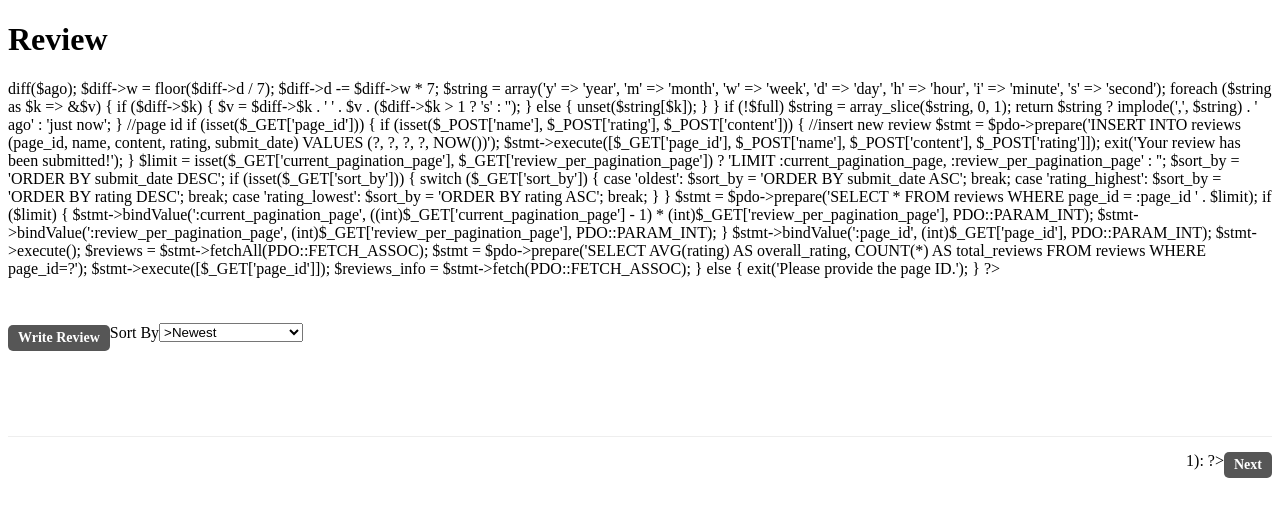
Repository: chathura226/SeekWork_Group_Project_I
Page: ratingsystem/index.html
An editor plug-in stored every save of this project. The page is shown before and after the next save, followed by the edit.
The browser window is 1280 px wide. The pictures show the whole page.

Above is the page before, as saved 2023-12-22 18:50:36.
Console error: TypeError: Cannot set properties of null (setting 'onsubmit')

### ratingsystem/index.html
<!DOCTYPE html>
<html>
    <head>
        <title>Reviews System</title>
        <link rel="stylesheet" type="text/css" href="style.css">
        <link rel="stylesheet" type="text/css" href="reviews.css">

    </head>
    <body>

        <h1>Review</h1>

        <div class="content home">
            <div class="reviews"></div>
            <script src="reviews.js"></script>

            <script>
                new Reviews(
                    {
                        page_id:1,
                        reviews_per_pagination_page:5,
                        current_pagination_page:1
                    }
                );
            </script>
        </div>
    </body>

</html>

### ratingsystem/reviews.css
.reviews .overall_rating .num{
    font-size: 30px;
    font-weight: bold;
    color: #F5A624;
}

.reviews .overall_rating .stars{
    letter-spacing:3px;
    font-size: 32px;
    padding: 0 5px 0 10px;
    color: #F5A624;
}

.reviews .overall_rating .total{
    color:#777777;
    font-size: 14px;
}

.reviews .write_review_btn, .reviews .write_review button{
    display: inline-flex;
    background-color: #565656;
    color: #fff;
    text-decoration: none;
    margin: 10px 0 0 0;
    padding: 5px 10px;
    border-radius: 5px;
    font-size: 14px;
    font-weight: 600;
    border: 0;

}

.reviews .write_review_btn:hover, .reviews .write_review button:hover{
    background-color:#636363;
}

.reviews .con{
    display: flex;
    align-items: center;
}

.reviews .con lable{
    font-weight: 600;
    padding: 0 10px;
    font-size: 14px;
}

.reviews .con .sort_y{
    padding: 5px;
    border:1px solid #eee;
    border-radius: 5px;
}

.reviews .write_review{
    display: none;
    padding: 20px 0 10px 0;
}

.reviews .write_review textarea{
    width: 100%;
    padding: 10px;
    border-radius:5px;
    border: 1px solid #ddd;
    height: 150px;
    margin-top: 10px;
}

.reviews .write_review input{
    display: block;
    width:250px;
    padding: 10px;
    border:1px solid #ddd;
    border-radius: 5px;
    margin-top: 10px;
}


.reviews .write_review button{
    cursor: pointer;
}

.reviews .review{
    padding: 20px 0;
    border-bottom: 1px solid #eee;
}

.reviews .review .name{
    padding: 0 0 3px 0;
    margin: 0;
    font-size: 18px;
    color: #5555;
}

.reviews .review .rating{
    letter-spacing: 2px;
    font-size: 22px;
    color:#F5A624;
}

.reviews .review .date{
    color: #777777;
    font-size: 14px;
}

.reviews .review .content{
    padding: 5px 0;
}

.reviews .pagination{
    display: flex;
    justify-content: flex-end;
    padding: 15px 0;
}

.reviews .pagination a{
    display: inline-block;
    text-decoration: none;
    background-color:#565656;
    font-weight: 600;
    color: #FFFFFF;
    padding: 5px 10px;
    border-radius: 5px;
    font-size: 14px;
}

.review .pagination a:hover{
    background-color:#636363;
}

.review .pagination div{
    display: inline-block;
    font-size: 14px;
    color: #777777;
    font-weight: bold;
    padding: 5px 10px;
}

### ratingsystem/reviews.js
class Reviews {
    constructor(options) {
        let defaults = {
            page_id: 1,
            container: document.querySelector(".reviews"),
            php_file_url: "reviews.php",
        };

        this.options = Object.assign(defaults, options);
        this.fetchReviews();
    }

    fetchReviews() {
        let url = `${this.phpFileUrl}?page_id=${this.page_ID}`;
        url += "current_pagination_page" in this.options ? `&current_pagination_page=${this.currentPaginationPage}` : "";
        url += "reviews_per_pagination_page" in this.options ? `&reviews_per_pagination_page=${this.reviewsPerPaginationPage}` : "";
        url += "sort_by" in this.options ? `&sort_by=${this.sortBy}` : "";

        fetch(url)
            .then((response) => response.text())
            .then((data) => {
                this.container.innerHTML = data;
                this._eventHandlers();
            });
    }

    get reviewsPerPaginationPage() {
        return this.options.reviews_per_pagination_page;
    }

    set reviewsPerPaginationPage(value) {
        this.options.reviews_per_pagination_page = value;
    }

    get currentPaginationPage() {
        return this.options.current_pagination_page;
    }

    set currentPaginationPage(value) {
        this.options.current_pagination_page = value;
    }

    get page_ID() {
        return this.options.page_id;
    }

    set page_ID(value) {
        this.options.page_id = value;
    }

    get phpFileUrl() {
        return this.options.php_file_url;
    }

    set phpFileUrl(value) {
        this.options.php_file_url = value;
    }

    get container() {
        return this.options.container;
    }

    set container(value) {
        this.options.container = value;
    }

    get sortBy() {
        return this.options.sort_by;
    }

    set sortBy(value) {
        this.options.sort_by = value;
    }

    _eventHandlers() {
        this.container.querySelector(".write_review_btn").onclick = (event) => {
            event.preventDefault();
            this.container.querySelector(".write_review").style.display = 'block';
            this.container.querySelector(".write_review input[name='name']").focus();
        };

        this.container.querySelector(".write_review form").onsubmit = (event) => {
            event.preventDefault();
            fetch(`${this.phpFileUrl}?page_id=${this.page_ID}`, {
                method: 'POST',
                body: new FormData(this.container.querySelector(".write_review form")),
            })
                .then((response) => response.text())
                .then((data) => {
                    this.container.querySelector(".write_review").innerHTML = data;
                });

            this.container.querySelector(".sort_by").onchange = (event) => {
                this.sortBy = event.value;
                this.fetchReviews();
            };

            if (this.reviewsPerPaginationPage && this.currentPaginationPage) {
                this.container.querySelectorAll(".pagination a").forEach((a) => {
                    a.onclick = (event) => {
                        event.preventDefault();
                        this.currentPaginationPage = event.target.dataset.pagination_page;
                        this.reviewsPerPaginationPage = event.target.dataset.records_per_page;
                        this.fetchReviews();
                    };
                });
            }
        };
    }
}

Loaded but not shown: ratingsystem/style.css (no stored copy; drawn as an empty file)

After the next save:
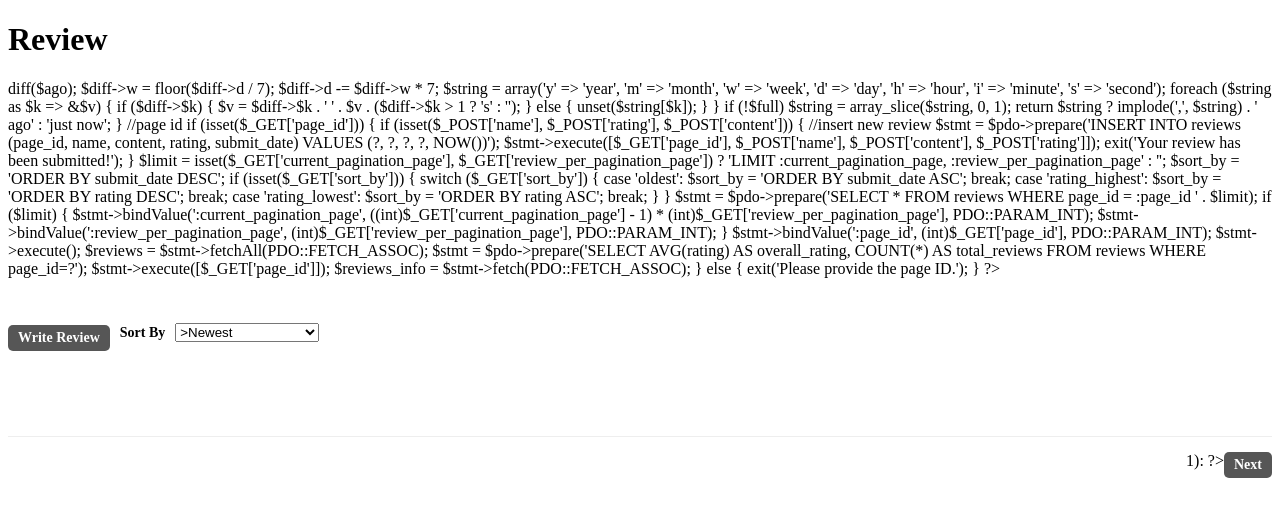
Saved 2 min 5 s later.
--- a/ratingsystem/reviews.css
+++ b/ratingsystem/reviews.css
@@ -39,7 +39,7 @@
     align-items: center;
 }
 
-.reviews .con lable{
+.reviews .con label{
     font-weight: 600;
     padding: 0 10px;
     font-size: 14px;
